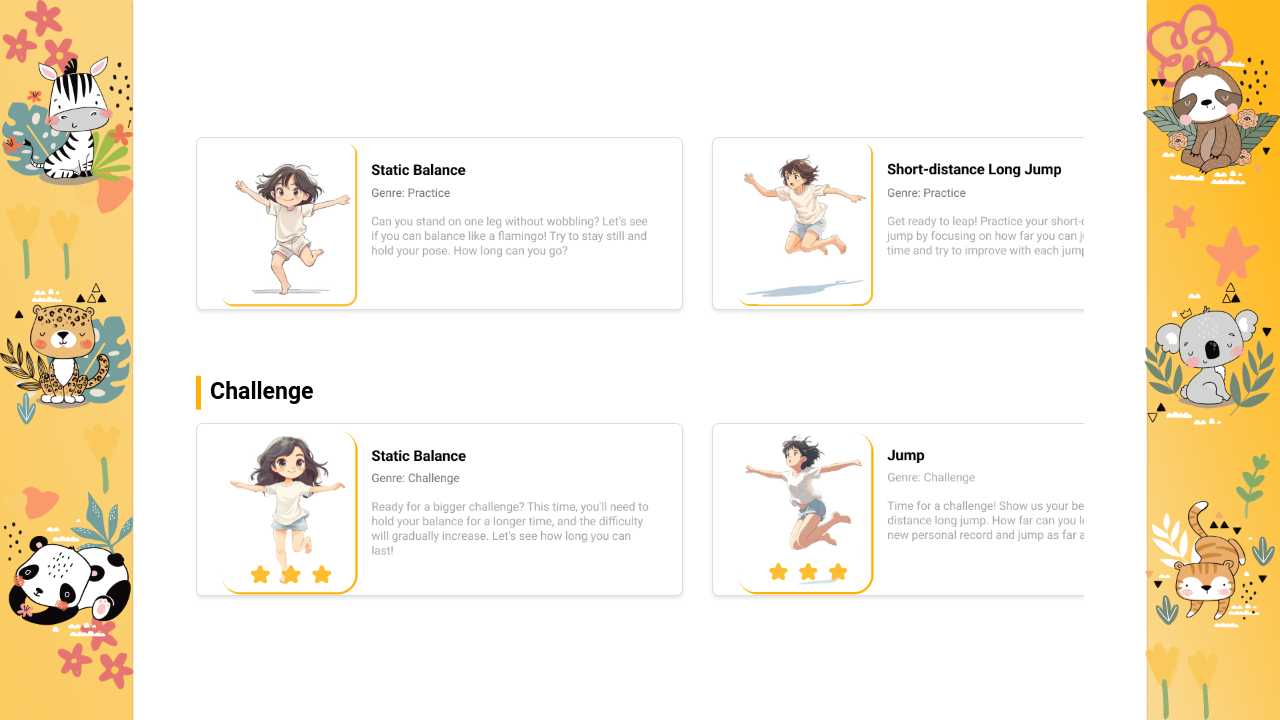
Repository: Jayhawk2000/AR_Game_DCD_Children
Page: homepage.html
An editor plug-in stored every save of this project. The page is shown before and after the next save, followed by the edit.
The browser window is 1280 px wide. The pictures show the whole page.

Above is the page before, as saved 2024-10-16 13:12:15.

After the next save:
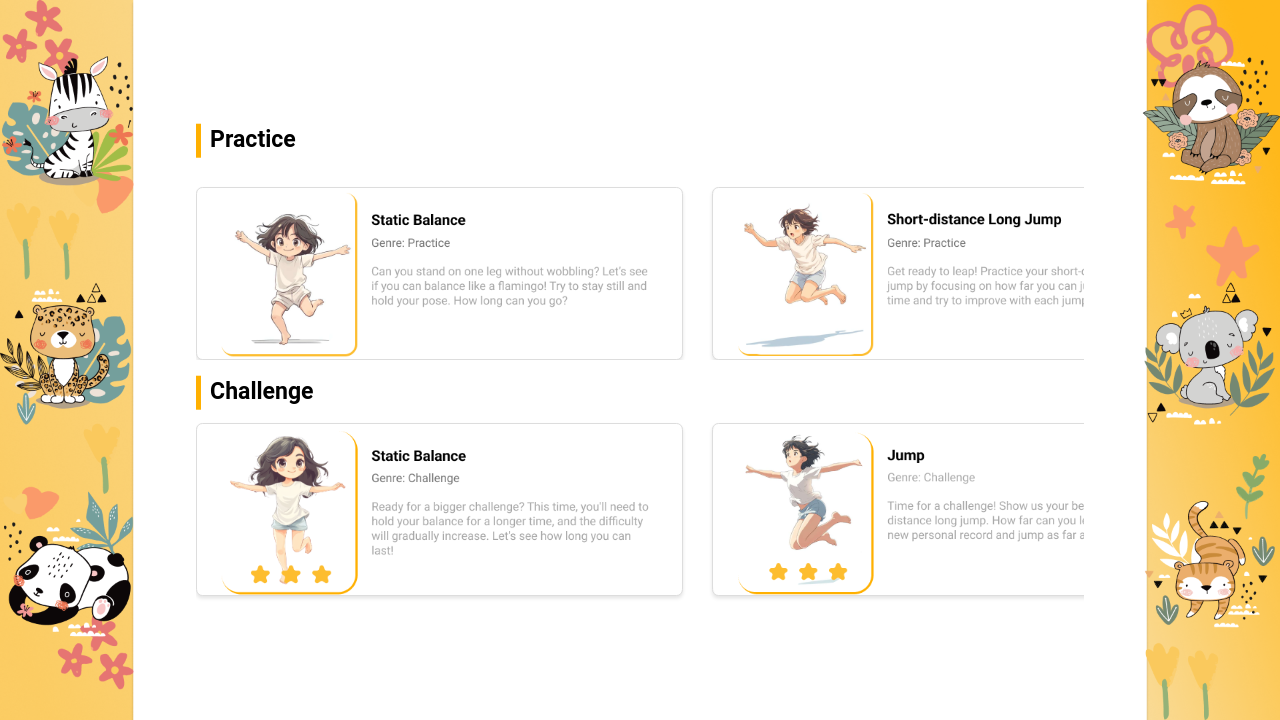
Saved 4 min 41 s later.
--- a/homepage.html
+++ b/homepage.html
@@ -130,6 +130,7 @@
     <div class="content">
         <div class="section">
             <br><br><br>
+            <div class="title"><b>Practice</b></div>
             <div class="title text-2xl font-bold text-gray-800 mb-4 relative pl-6 before:content-[''] before:absolute before:left-0 before:top-1/2 before:-translate-y-1/2 before:h-full before:w-1 before:bg-yellow-400"></div>
             <div class="card-slider overflow-x-auto snap-x snap-mandatory flex space-x-4 p-4">
                 <a href="prac_bal.html" class="card flex-none w-96 h-64 bg-cover bg-center rounded-lg shadow-md hover:shadow-xl transition-shadow duration-300 relative overflow-hidden group" style="background-image: url('img/balance_practice.png');">
